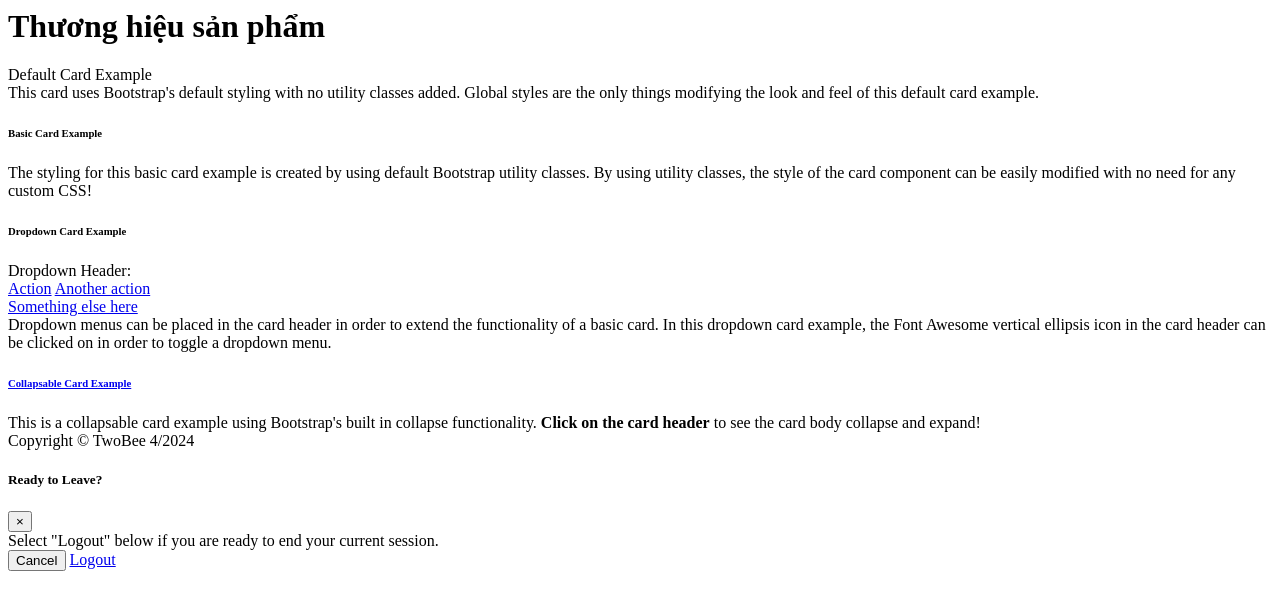
Repository: tuandh111/Java-6-asm
Page: Front-end/Java6_asm_/templates/admin/brands.html
An editor plug-in stored every save of this project. The page is shown before and after the next save, followed by the edit.
The browser window is 1280 px wide. The pictures show the whole page.

Above is the page before, as saved 2024-03-30 20:38:26.

After the next save:
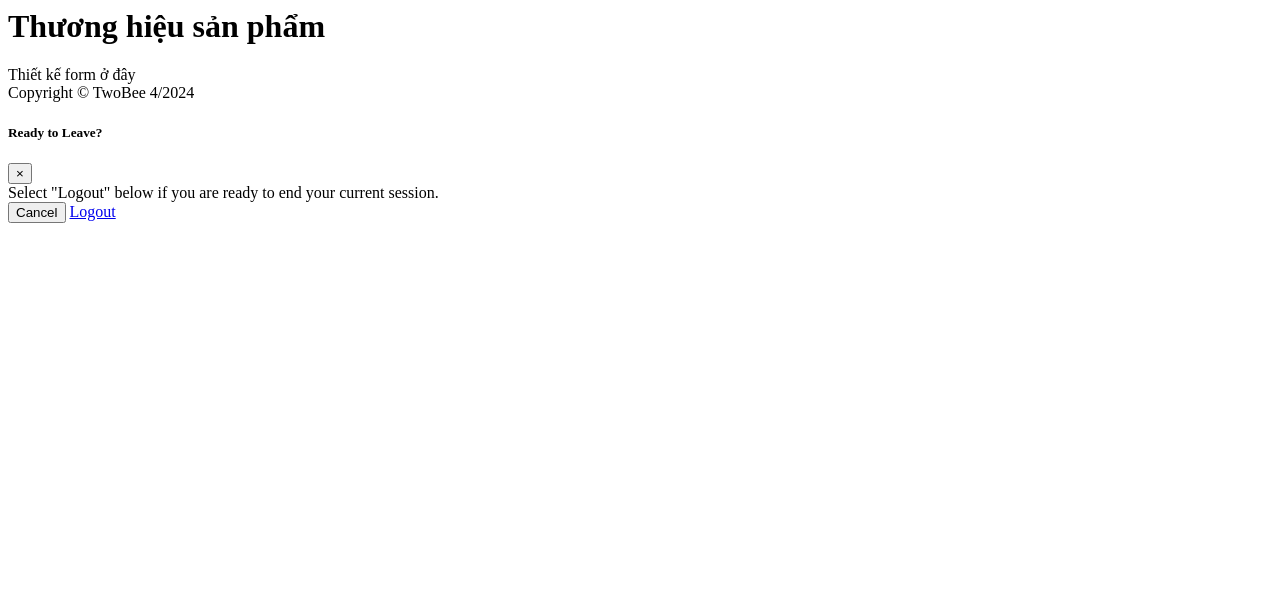
Saved 2 min 10 s later.
--- a/Front-end/Java6_asm_/templates/admin/brands.html
+++ b/Front-end/Java6_asm_/templates/admin/brands.html
@@ -29,81 +29,7 @@
 
                 <div class="row">
 
-                    <div class="col-lg-6">
-
-                        <!-- Default Card Example -->
-                        <div class="card mb-4">
-                            <div class="card-header">
-                                Default Card Example
-                            </div>
-                            <div class="card-body">
-                                This card uses Bootstrap's default styling with no utility classes added. Global
-                                styles are the only things modifying the look and feel of this default card example.
-                            </div>
-                        </div>
-
-                        <!-- Basic Card Example -->
-                        <div class="card shadow mb-4">
-                            <div class="card-header py-3">
-                                <h6 class="m-0 font-weight-bold text-primary">Basic Card Example</h6>
-                            </div>
-                            <div class="card-body">
-                                The styling for this basic card example is created by using default Bootstrap
-                                utility classes. By using utility classes, the style of the card component can be
-                                easily modified with no need for any custom CSS!
-                            </div>
-                        </div>
-
-                    </div>
-
-                    <div class="col-lg-6">
-
-                        <!-- Dropdown Card Example -->
-                        <div class="card shadow mb-4">
-                            <!-- Card Header - Dropdown -->
-                            <div class="card-header py-3 d-flex flex-row align-items-center justify-content-between">
-                                <h6 class="m-0 font-weight-bold text-primary">Dropdown Card Example</h6>
-                                <div class="dropdown no-arrow">
-                                    <a class="dropdown-toggle" href="#" role="button" id="dropdownMenuLink"
-                                        data-toggle="dropdown" aria-haspopup="true" aria-expanded="false">
-                                        <i class="fas fa-ellipsis-v fa-sm fa-fw text-gray-400"></i>
-                                    </a>
-                                    <div class="dropdown-menu dropdown-menu-right shadow animated--fade-in"
-                                        aria-labelledby="dropdownMenuLink">
-                                        <div class="dropdown-header">Dropdown Header:</div>
-                                        <a class="dropdown-item" href="#">Action</a>
-                                        <a class="dropdown-item" href="#">Another action</a>
-                                        <div class="dropdown-divider"></div>
-                                        <a class="dropdown-item" href="#">Something else here</a>
-                                    </div>
-                                </div>
-                            </div>
-                            <!-- Card Body -->
-                            <div class="card-body">
-                                Dropdown menus can be placed in the card header in order to extend the functionality
-                                of a basic card. In this dropdown card example, the Font Awesome vertical ellipsis
-                                icon in the card header can be clicked on in order to toggle a dropdown menu.
-                            </div>
-                        </div>
-
-                        <!-- Collapsable Card Example -->
-                        <div class="card shadow mb-4">
-                            <!-- Card Header - Accordion -->
-                            <a href="#collapseCardExample" class="d-block card-header py-3" data-toggle="collapse"
-                                role="button" aria-expanded="true" aria-controls="collapseCardExample">
-                                <h6 class="m-0 font-weight-bold text-primary">Collapsable Card Example</h6>
-                            </a>
-                            <!-- Card Content - Collapse -->
-                            <div class="collapse show" id="collapseCardExample">
-                                <div class="card-body">
-                                    This is a collapsable card example using Bootstrap's built in collapse
-                                    functionality. <strong>Click on the card header</strong> to see the card body
-                                    collapse and expand!
-                                </div>
-                            </div>
-                        </div>
-
-                    </div>
+                    Thiết kế form ở đây
 
                 </div>
 
